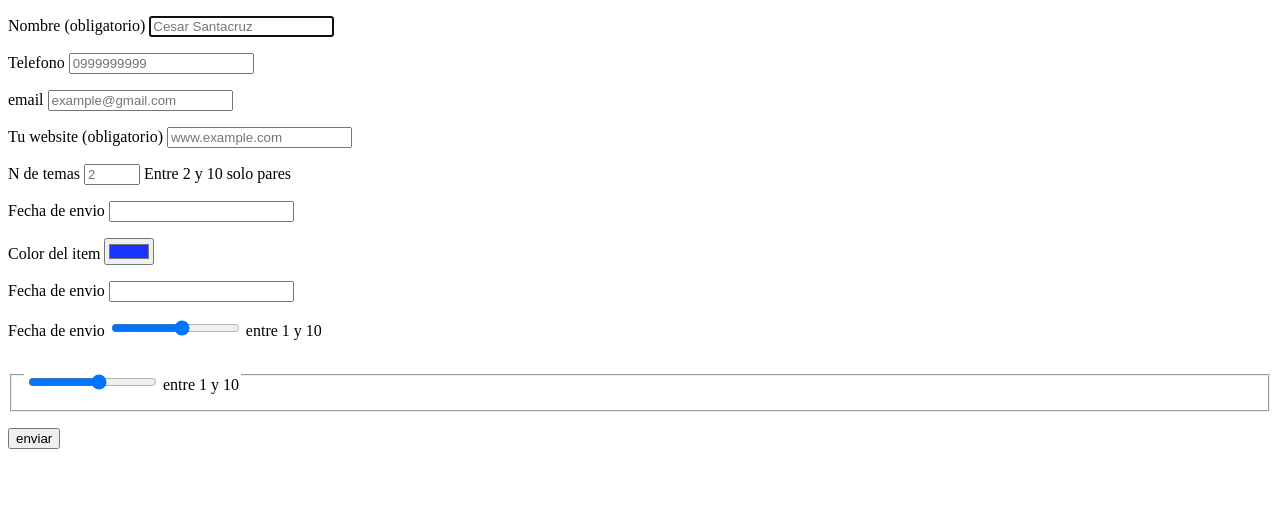
Repository: cesarsant0203/My_Study
Page: Introducción al desarrollo web/formulario.html
An editor plug-in stored every save of this project. The page is shown before and after the next save, followed by the edit.
The browser window is 1280 px wide. The pictures show the whole page.

Above is the page before, as saved 2020-04-27 19:48:10.

### Introducción al desarrollo web/formulario.html
<!DOCTYPE html>
<html lang="es">

<head>
    <meta charset="utf-8" />
    <title>
        Prueba de formulario
    </title>
</head>

<body>
    <form id="form-order">

        <p>
            <label for="name"> Nombre (obligatorio)</label>
            <input type="text" name="name" id="name"
            placeholder="Cesar Santacruz"
            autofocus
            autocomplete
            required>
        </p>
        <!--<p>
            <label for="passwd"> Contrasenia (obligatorio)</label>
            <input type="password" name="passwd" id="passwd"
            placeholder="qazwsx1234"
            pattern=" [a-z] {4} [0-9] {2}" required/>
        </p>-->
        <p>
            <label for="phone">Telefono</label>
            <input type="tel" name="phone" id="phone"
            placeholder="0999999999">
        </p>
        <p>
            <label for="email">email</label>
            <input type="email" name="email" id="email"
            placeholder="example@gmail.com">
        </p>
        <p>
            <label for="website"> Tu website (obligatorio)</label>
            <input type="url" name="website" id="website"
            placeholder="www.example.com"
            required>
        </p>
        <p>
            <label for="numberexample"> N de temas </label>
            <input type="number" name="numberexample" id="numberexample"
            placeholder="2"
            min="2" max="10" step="2">
            Entre 2 y 10 solo pares
        </p>
        <p>
            <label for="deliverydate"> Fecha de envio</label>
            <input type="text" name="deliverydate" id="deliverydate" min="2000-08-27">
        </p>
        <p>
            <label for="colorexample"> Color del item</label>
            <input type="color" name="colorexample" id="colorexample" value="#1A33FF">
        </p>
        <p>
            <label for="search"> Fecha de envio</label>
            <input type="search" name="search" id="search">
        </p>
        <p>
            <label for="points"> Fecha de envio</label>
            <input type="range" name="points" id="points" min="1" max="10"> entre 1 y 10
        </p>
        <p>
        <fieldset>
            <legend>
                <p><label> <in</label></p>
                <input type="range" name="points" id="points" min="1" max="10"> entre 1 y 10
                </legend>
        </fieldset>
        </p>
        <input type="submit" value="enviar">

    </form>
</body>

</html>

After the next save:
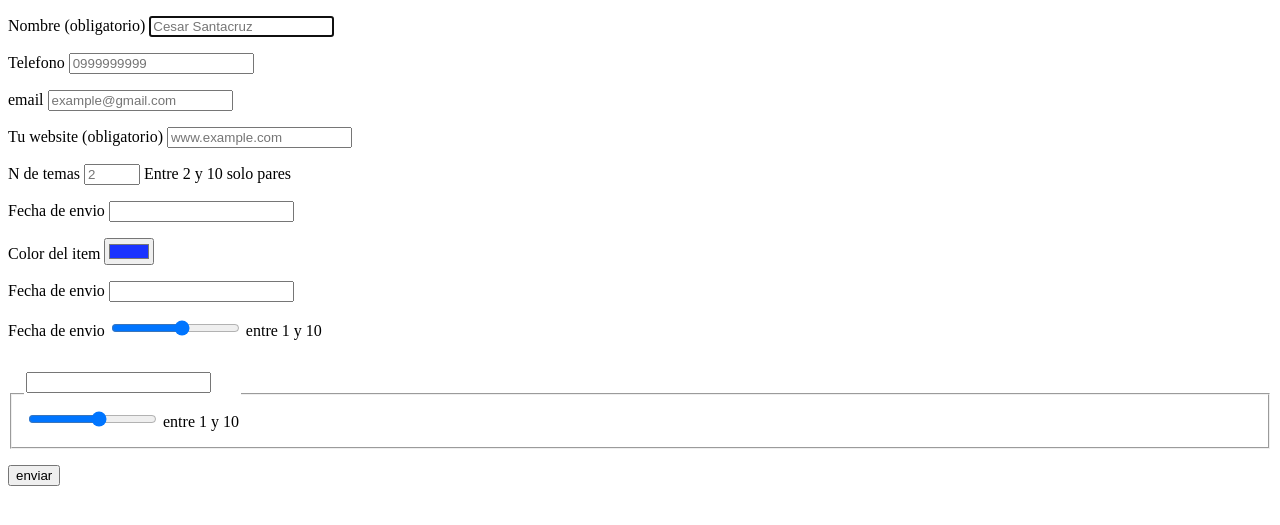
Saved 4 s later.
--- a/Introducción al desarrollo web/formulario.html
+++ b/Introducción al desarrollo web/formulario.html
@@ -67,7 +67,7 @@
         <p>
         <fieldset>
             <legend>
-                <p><label> <in</label></p>
+                <p><label> <input </label></p>
                 <input type="range" name="points" id="points" min="1" max="10"> entre 1 y 10
                 </legend>
         </fieldset>
